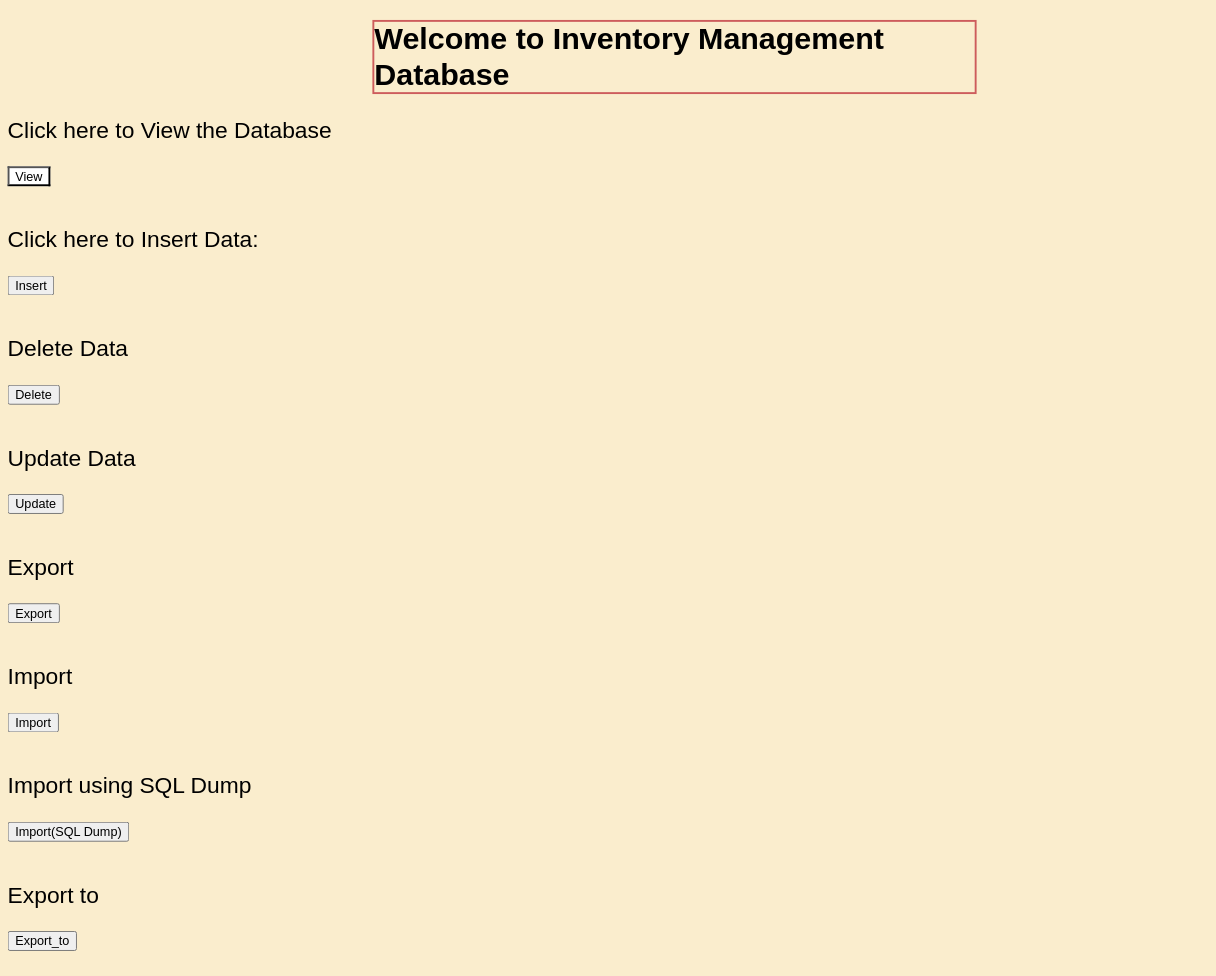
Repository: cyrusdwivedi2002/inventory-management-system
Page: DemoApp/src/main/webapp/Mainpage.html
The author's editor kept a copy of each file at every save. The page is drawn from the files as they stood at one save, then again after the next save.
The browser window is 1280 px wide. The pictures show the whole page, at 95% of full size.
Some web fonts or font styles are not loaded; a fallback is used.

Above is the page before, as saved 2022-06-24 18:28:52.

After the next save:
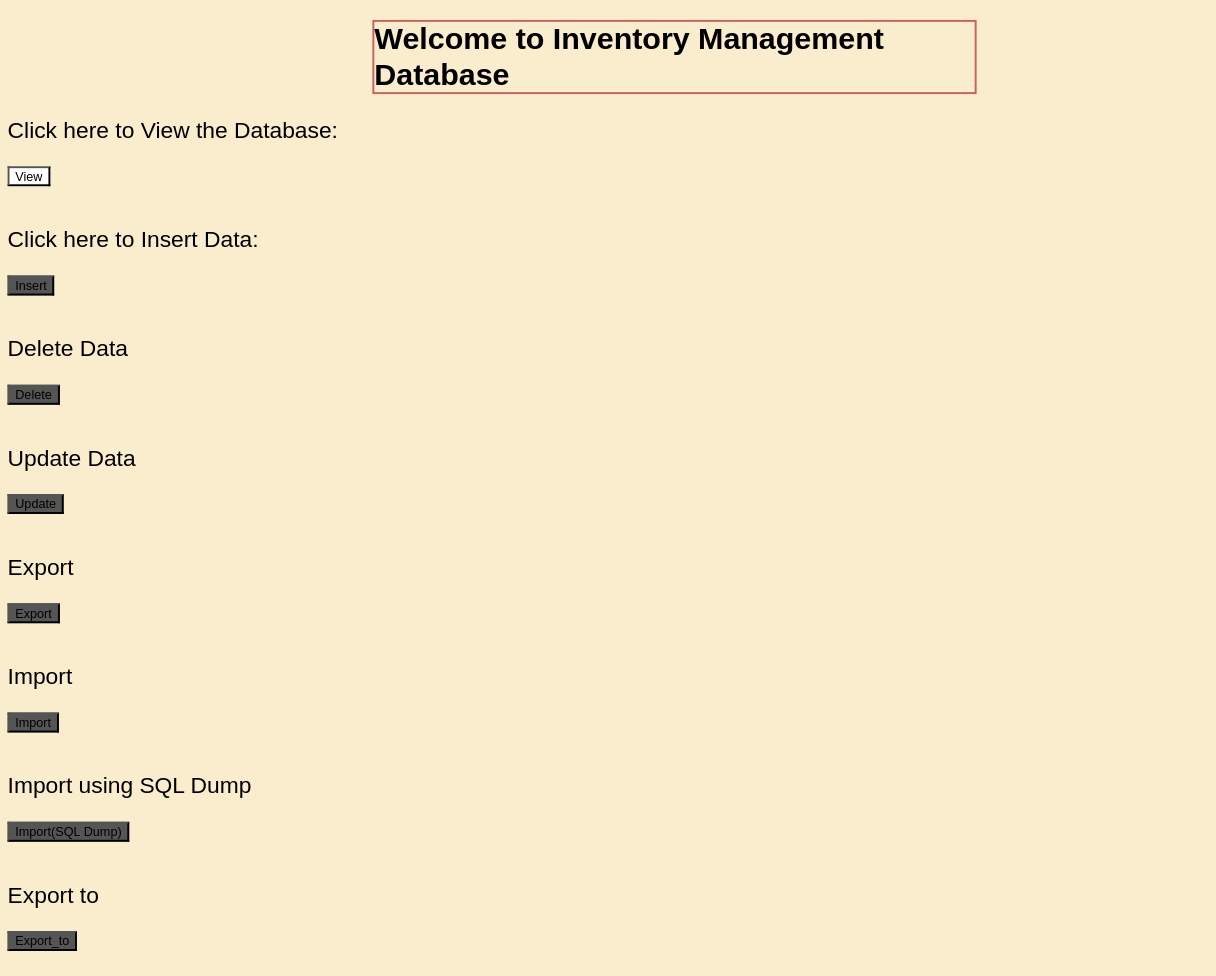
Saved 5 min 13 s later.
--- a/DemoApp/src/main/webapp/Mainpage.html
+++ b/DemoApp/src/main/webapp/Mainpage.html
@@ -21,12 +21,15 @@ border: 2px solid indianred;
 p{
 font-size:x-large;
 }
+button{
+background-color: #555555;
+}
 </style>
 <title>Inventory management System</title>
 </head>
 <body>
 	<h1>Welcome to Inventory Management Database</h1>
-	<p> Click here to View the Database </p>
+	<p> Click here to View the Database: </p>
 	<button type="button" form="form1"   onclick="window.location.href = 'view.html';" style = 'background-color:white'>View</button>
 	<br/><br/>
 	<p> Click here to Insert Data: </p>
